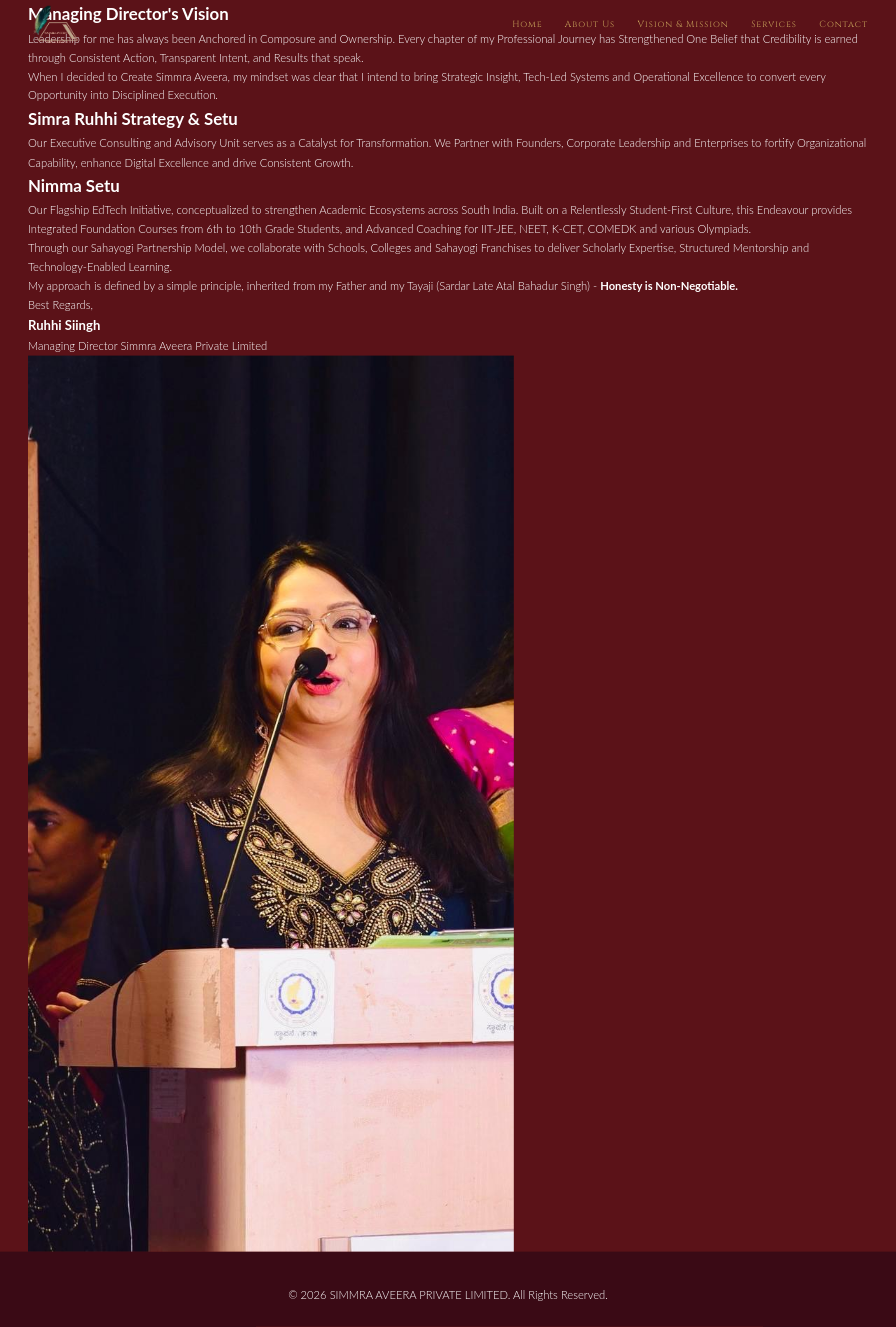
Repository: Tanishqontop/simmraaveeraweb
Page: vision-mission.html
These files come from the project's save history. The page is drawn as it stood at one moment and after the next save; the edit follows.
The browser window is 1280 px wide. The pictures show the whole page, at 70% of full size.

Above is the page before, as saved 2026-07-20 10:01:19.

After the next save:
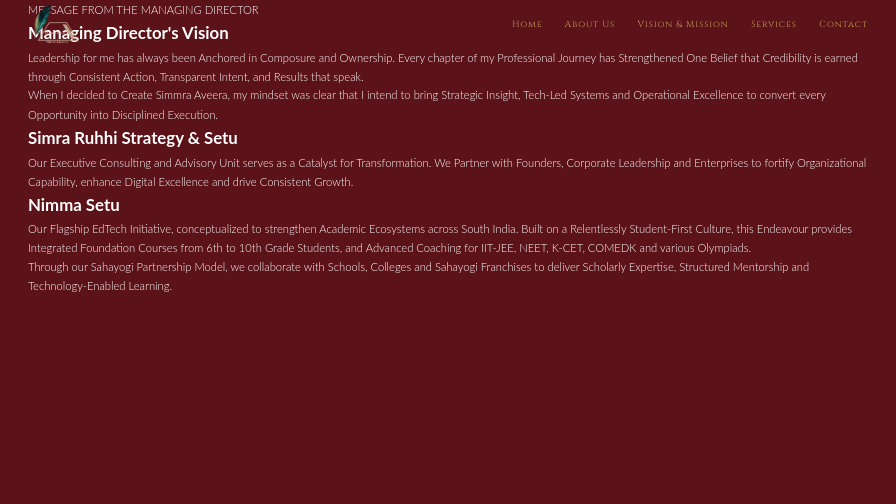
Saved 21 min 20 s later.
--- a/vision-mission.html
+++ b/vision-mission.html
@@ -19,10 +19,6 @@
 
 <body>
 
-<!-- ===========================
-     HEADER
-=========================== -->
-
 <header class="header">
 
     <div class="header__inner container">
@@ -36,9 +32,13 @@
         <nav class="nav">
 
             <a href="index.html" class="nav__link">Home</a>
+
             <a href="about.html" class="nav__link">About Us</a>
+
             <a href="vision.html" class="nav__link">Vision & Mission</a>
+
             <a href="#" class="nav__link">Services</a>
+
             <a href="#" class="nav__link">Contact</a>
 
         </nav>
@@ -46,10 +46,6 @@
     </div>
 
 </header>
-
-<!-- ===========================
-     MANAGING DIRECTOR'S VISION
-=========================== -->
 
 <section class="vision-page">
 
@@ -61,6 +57,12 @@
 
 <div class="vision-content">
 
+<p class="vision-label">
+
+MESSAGE FROM THE MANAGING DIRECTOR
+
+</p>
+
 <h1>
 
 Managing Director's Vision
@@ -70,8 +72,8 @@
 <p>
 
 Leadership for me has always been Anchored in Composure and Ownership.
-Every chapter of my Professional Journey has Strengthened One Belief
-that Credibility is earned through Consistent Action, Transparent Intent,
+Every chapter of my Professional Journey has Strengthened One Belief that
+Credibility is earned through Consistent Action, Transparent Intent,
 and Results that speak.
 
 </p>
@@ -122,83 +124,3 @@
 Structured Mentorship and Technology-Enabled Learning.
 
 </p>
-
-<p>
-
-My approach is defined by a simple principle, inherited from my Father
-and my Tayaji (Sardar Late Atal Bahadur Singh) -
-
-<strong>Honesty is Non-Negotiable.</strong>
-
-</p>
-
-<div class="signature-block">
-
-    <p class="signature-greeting">
-
-        Best Regards,
-
-    </p>
-
-    <h3>
-
-        Ruhhi Siingh
-
-    </h3>
-
-    <span>
-
-        Managing Director
-
-    </span>
-
-    <span>
-
-        Simmra Aveera Private Limited
-
-    </span>
-
-</div>
-
-</div>
-
-<!-- ===========================
-     RIGHT COLUMN
-=========================== -->
-
-<div class="vision-image">
-
-    <img
-        src="assets/founder.jpeg"
-        alt="Ruhhi Siingh - Managing Director">
-
-</div>
-
-</div>
-
-</div>
-
-</section>
-
-<!-- ===========================
-     FOOTER
-=========================== -->
-
-<footer class="footer">
-
-    <div class="container">
-
-        <p>
-
-            © 2026 SIMMRA AVEERA PRIVATE LIMITED.
-            All Rights Reserved.
-
-        </p>
-
-    </div>
-
-</footer>
-
-</body>
-
-</html>
